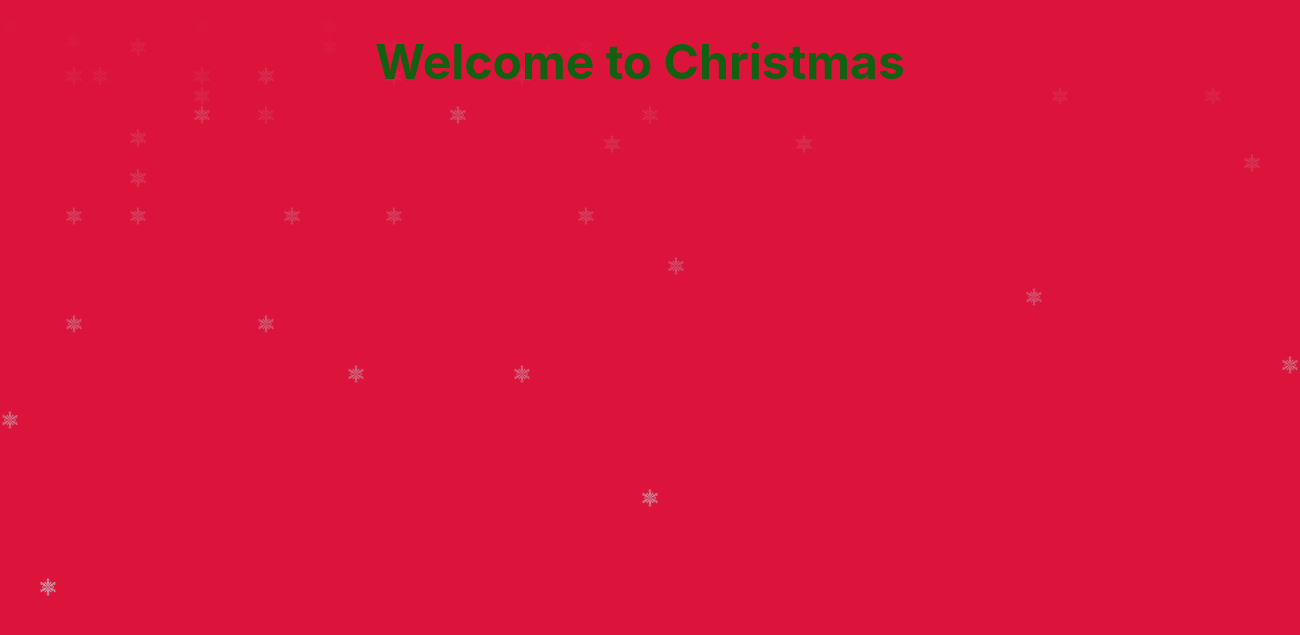
Repository: cerebrium/christmasTown
Page: / (app in client/)
An editor plug-in stored every save of this project. The page is shown before and after the next save, followed by the edit.
The browser window is 1280 px wide. The page is 1300 px wide, so the pictures cover 1300 px, including what lies to the right of the window. The pictures show the whole page.
The project was rebuilt for these pictures with package versions that can differ from the ones it lists, and the page was loaded fresh each time.

Above is the page before, as saved 2019-12-02 13:24:10.

After the next save:
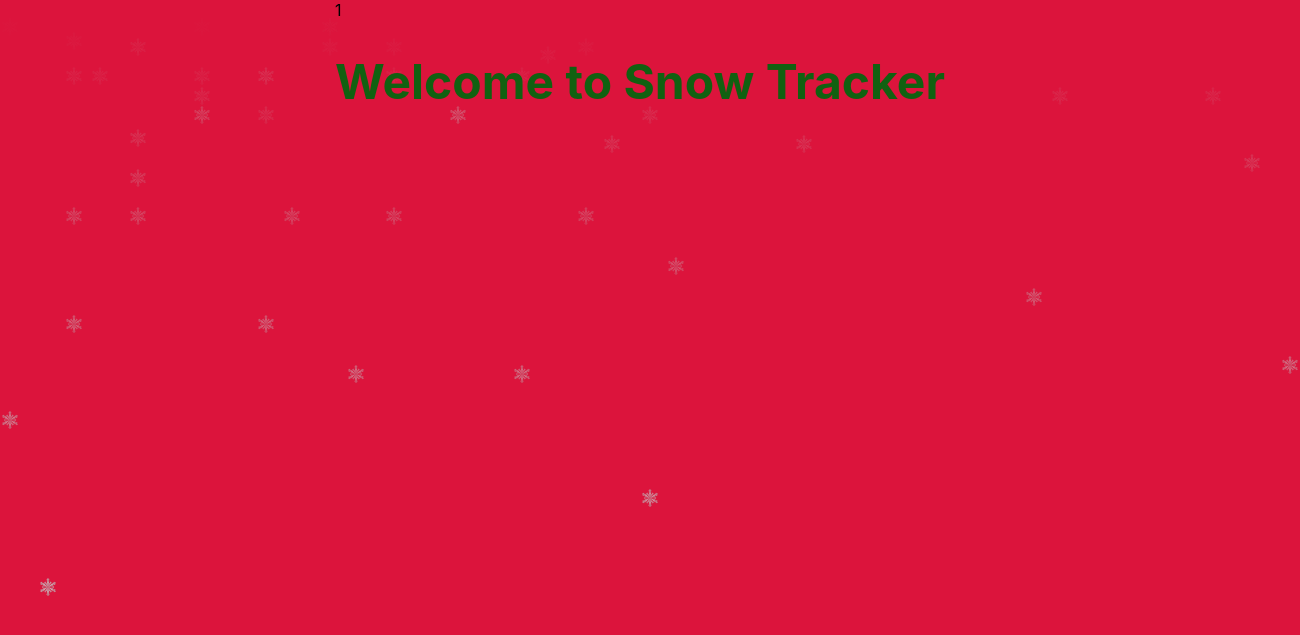
Saved 17 s later.
--- a/client/src/App.tsx
+++ b/client/src/App.tsx
@@ -4,8 +4,8 @@ import './App.css';
 const App: React.FC = () => {
   return (
     <div className="App">
-      <div>
-        <h1 className='mainTitle'>Welcome to Christmas</h1>
+      <div>1
+        <h1 className='mainTitle'>Welcome to Snow Tracker</h1>
       </div>
     </div>
   );
